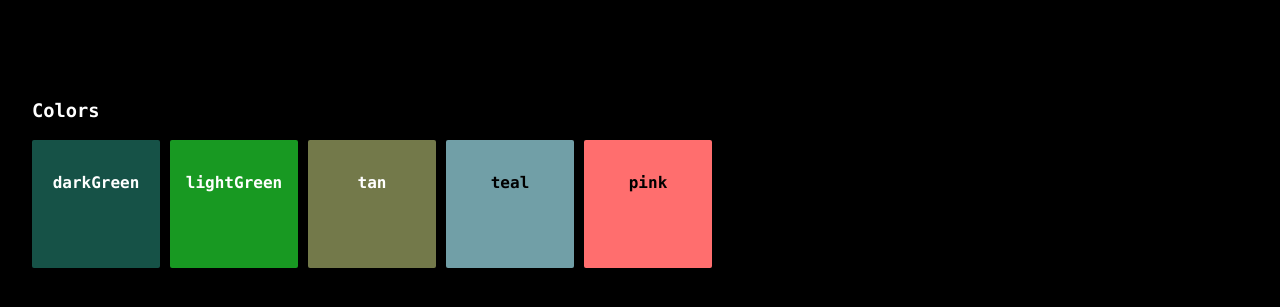
Repository: kttalley/designing-with-data_react-class
Page: / (app in lesson6_design-system-component-extension/)
An editor plug-in stored every save of this project. The page is shown before and after the next save, followed by the edit.
The browser window is 1280 px wide. The pictures show the whole page.
The project was rebuilt for these pictures with package versions that can differ from the ones it lists, and the page was loaded fresh each time. Imported but missing from the stored project, and not drawn on this page: lesson6_design-system-component-extension/src/Rhubarb/Input.

Above is the page before, as saved 2023-08-30 14:31:52.

### lesson6_design-system-component-extension/src/App.js
import React, { Component } from 'react';
import { DocsSection, DocsColorBox, DocsModalContainer, DocsCodeBlock } from './Docs';
import {
  GlobalStyle,
  Btn
} from './Rhubarb';

class App extends Component {
  render() {
    return (
      <div>
        <GlobalStyle />
        <DocsSection>
          <h3>Colors</h3>
          <DocsColorBox color="darkGreen">darkGreen</DocsColorBox>
          <DocsColorBox color="lightGreen">lightGreen</DocsColorBox>
          <DocsColorBox color="tan">tan</DocsColorBox>
          <DocsColorBox color="teal">teal</DocsColorBox>
          <DocsColorBox color="pink">pink</DocsColorBox>


        </DocsSection>
      </div>
    );
  }
}

export default App;

### lesson6_design-system-component-extension/src/Docs/index.js
import styled from 'styled-components';
import {color, space, isDarkBackground, fontSize} from '../Rhubarb';

export const DocsColorBox = styled.div`
background-color: ${ props => color[props.color] ? color[props.color] : color.black };
  color: ${props => isDarkBackground(props.color) ? color.black : color.white};
  height: ${space[6] + 'px'};
  width: ${space[6] + 'px'};
  padding-top: 33px;
  text-align: center;
  font-weight: bold;
  display: inline-block;
  margin-right: 10px;
  margin-bottom: 10px;
  border-radius: 2px;
  border: ${props => props.color === "black" ? '1px solid' + color.pink : 'none'}
`;

export const DocsSection = styled.section`
  margin: 100px 32px;
  max-width: 832px;
`;

export const DocsModalContainer = styled.section`
  position: relative;
  height: 300px;
  border-radius: 3px;
  background: ${color.dui_gray80}
`;

export const DocsCodeBlock = styled.code`
  border: 1px solid ${color.dui_gray80};
  color: ${color.dui_gray60}
  border-radius: 8px;
  display: block;
  font-family: consolas, monospace;
  line-height: 1.3;
  padding: ${space[1] + 'px'};
  white-space: pre-line;
  font-size: ${fontSize[1]};
  margin-top: ${space[3] + 'px'};
  transition: 0.15s color ease;

  &::selection {
    color: ${color.black};
    background-color: ${color.pink};
  }

  &:hover {
    color: ${color.white};
  }


`;

### lesson6_design-system-component-extension/src/Rhubarb/index.js
//this file indexes all Rhubarb components for export

import { createGlobalStyle } from "styled-components";

export const GlobalStyle = createGlobalStyle`
  * {
    box-sizing: border-box;
  }

  body {
    margin: 0;
    padding: 0;
    font-family: menlo, sans-serif;
    background-color: black;
    color: white;
  }
`;


export * from './Button';
export * from './Input';
export * from './Utils';

### lesson6_design-system-component-extension/src/Rhubarb/Utils.js
export const color = {

  //core colors
  darkGreen: '#165247',
  tan: '#73794A',
  lightGreen: '#189922',
  teal: '#719FA7',
  pink: '#FF6E6E',

  //grayscale - needs lui
  black: '#000000',
  dui_gray80: '#FFFFFF33',
  dui_gray60: '#FFFFFF66',
  dui_gray40: '##FFFFFF99',
  dui_gray20: '#FFFFFFCC',
  white: '#FFFFFF',
  // solid grays, no opacity,
  //for sake of utility function below
  gray1: '#606060',
  gray2: '#313131',
  gray3: '#181818'

}

export const space = [
  0,
  2,
  8,
  16,
  32,
  64,
  128,
  256,
  512
];

export const fontSize = [
  '14px',
  '16px',
  '20px',
  '24px',
  '32px',
  '64px'
];


export const isDarkBackground = function(color) {
  if (color) {
    if (color.includes('black') || color.includes('teal') || color.includes('pink')) {
      return true;
    } else {
      return false;
    }
  }
}

Loaded but not shown: lesson6_design-system-component-extension/public/index.html (common file); lesson6_design-system-component-extension/src/index.js (common file); lesson6_design-system-component-extension/src/index.css (common file); lesson6_design-system-component-extension/src/reportWebVitals.js (common file); lesson6_design-system-component-extension/src/Rhubarb/Button.js (no stored copy; drawn as an empty file)

After the next save:
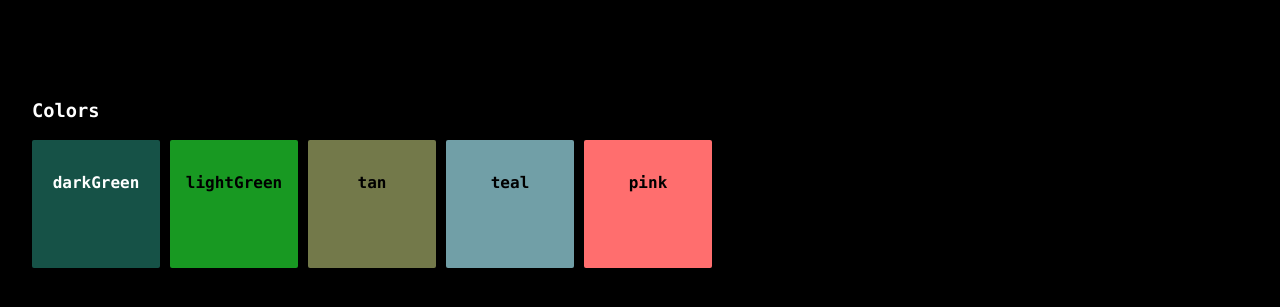
Saved 97 s later.
--- a/lesson6_design-system-component-extension/src/Rhubarb/Utils.js
+++ b/lesson6_design-system-component-extension/src/Rhubarb/Utils.js
@@ -46,7 +46,7 @@ export const fontSize = [
 
 export const isDarkBackground = function(color) {
   if (color) {
-    if (color.includes('black') || color.includes('teal') || color.includes('pink')) {
+    if (color.includes('black') || color.includes('teal') || color.includes('pink') || color.includes('tan') || color.includes('lightGreen')) {
       return true;
     } else {
       return false;
